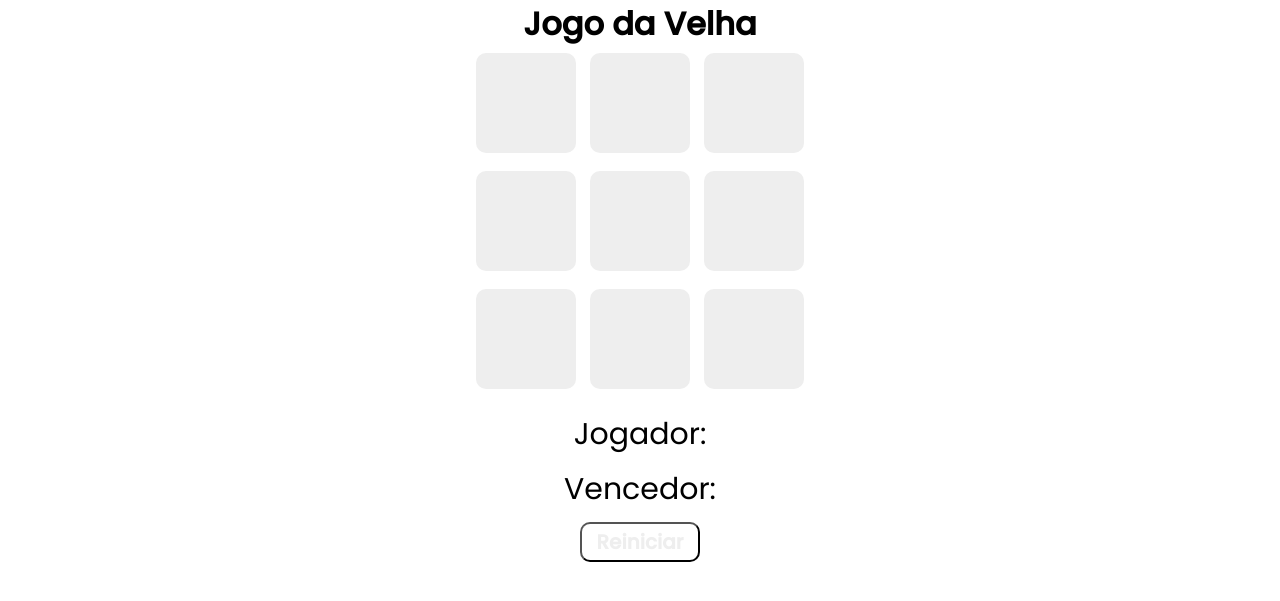
Repository: guilhermecardoso93/jogodavelha
Page: index.html
The author's editor kept a copy of each file at every save. The page is drawn from the files as they stood at one save, then again after the next save.
The browser window is 1280 px wide. The pictures show the whole page.
The pointer rests on the first visible `button`.

Above is the page before, as saved 2023-05-31 21:44:29.

After the next save:
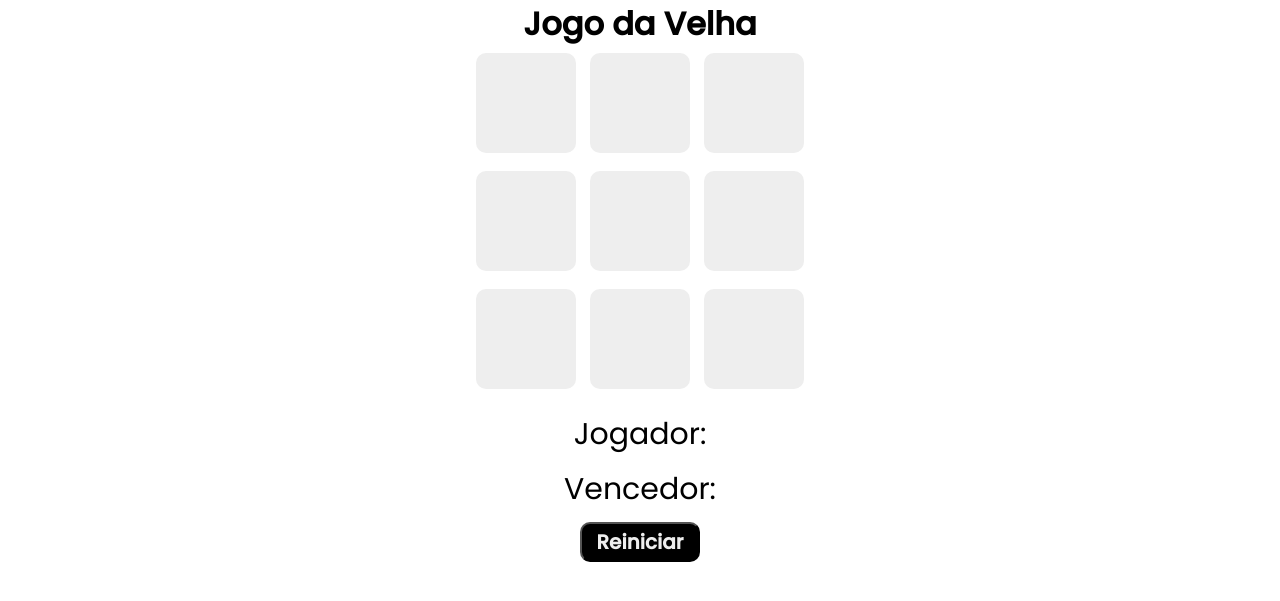
Saved 6 s later.
--- a/styles.css
+++ b/styles.css
@@ -47,5 +47,5 @@ button {
 
 button:hover {
   color: #eee;
-  background-color: #0000;
+  background-color: #000000;
 }
